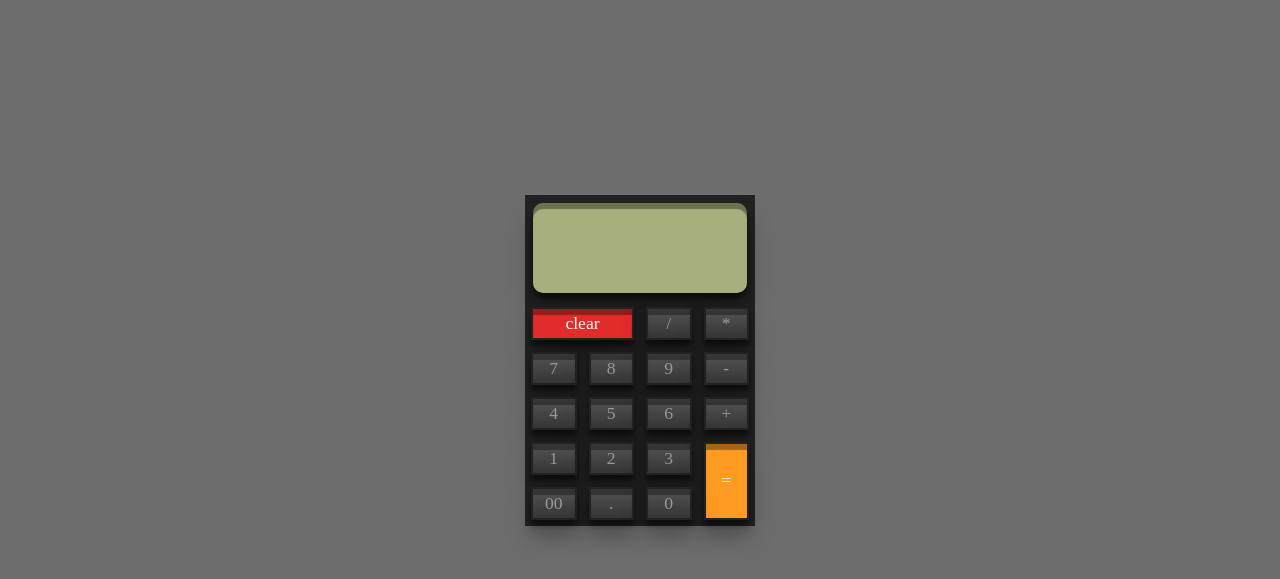
Repository: JunaidAnsari202/calculator
Page: index.html
An editor plug-in stored every save of this project. The page is shown before and after the next save, followed by the edit.
The browser window is 1280 px wide. The pictures show the whole page.

Above is the page before, as saved 2023-10-28 15:11:57.

### index.html
<!DOCTYPE html>
<html lang="en">
<head>
    <meta charset="UTF-8">
    <meta name="viewport" content="width=device-width, initial-scale=1.0">
    <title>Document</title>
    <link rel="stylesheet" href="style.css">
</head>
<body>

    <div class="caculator">
        <div class="button">
            <h2 id="value"></h2>
            <!-- <textarea name="" id="value" cols="1" rows="1" readonly></textarea> -->
            <span id="clear">clear</span>
            <span>/</span>
            <span>*</span>
            <span>7</span>
            <span>8</span>
            <span>9</span>
            <span>-</span>
            <span>4</span>
            <span>5</span>
            <span>6</span>
            <span id="plus">+</span>
            <span>1</span>
            <span>2</span>
            <span>3</span>
            <span id="equal">=</span>

            <span>00</span>
            <span>.</span>
            <span>0</span>


            </div>
    </div>
    <script src="script.js"></script>
</body>
</html>

### style.css
*{
    padding: 0;
    margin: 0;
    box-sizing: border-box;
    /* border: 1px red dashed; */
}

body{
    display: flex;
    justify-content: center;
    align-items: center;
    height: 100vh;

    background-color: rgb(109, 109, 109);
    /* background-color: #222; */
}
.calculator{

    position: relative;
    width: 280px;

}

.button{
    position: relative;
    display: grid;
    background-color:#222;
    width: 230px;

}

#value{
    width: 2em; /* Adjust the width as needed */
    height: 1.8em; /* Adjust the height as needed */
    resize: none;

    position: relative;
    margin: 8px;
    grid-column: span 4;
    height: 90px;
    line-height: 10px;
    padding: 0 5px ;
    border-radius: 10px;
    background-color: #a7af7c;
    text-align: right;
    font-size: 1.5rem;
    color: #3a3c2e;
    overflow: hidden;
    box-shadow: inset 0 6px 1px 0 rgba(0,0,0,0.35),
    0 5px 5px rgba(0,0,0,0.5),0 15px 25px rgba(0,0,0,0.35);
    width: calc(100% - 16px);
}


span{
    /* height: 25px; */

    position: relative;
    padding:4px;
    margin: 6px;
    min-width: 30px;
    font-size: 1.1rem;
    display: flex;
    justify-content: center;
    align-items: center;
    color: #999;
    border: 2px solid #222;
    background: linear-gradient(#555353,#363535);
    box-shadow: inset 0 6px 1px 0 rgba(0,0,0,0.35),
    0 5px 5px rgba(0,0,0,0.5),0 15px 25px rgba(0,0,0,0.35);
    user-select: none;
    cursor: pointer;
}

span::before{
    content: "";
    position: absolute;
    border-top: 2px solid #ccc;
    filter: blur(2px);
}

span:active{
    box-shadow: inset 0 6px 1px 0 rgba(0,0,0,0.35),
    0 5px 5px rgba(0,0,0,0.5),0 15px 25px rgba(0,0,0,0.35);

}

#clear{
grid-column: span 2;
background: rgba(247, 45, 45, 0.907);
color: white;
}

#equal{
    grid-row: span 2;
    /* height: 62px; */
    background: rgb(255, 155, 33);
    color: white;
}

### script.js
let buttons=document.querySelector(".button");
let btn=document.querySelectorAll("span");
let value=document.getElementById("value");

for(let i =0;i<btn.length;i++){
    btn[i].addEventListener("click",function(){
        if(this.innerHTML == "="){
            value.innerHTML = eval(value.innerHTML);

        }
        else{
            if(this.innerHTML== "clear"){
                value.innerHTML = " ";
            }else{
                value.innerHTML += this.innerHTML;
            }
        }
    })
}

After the next save:
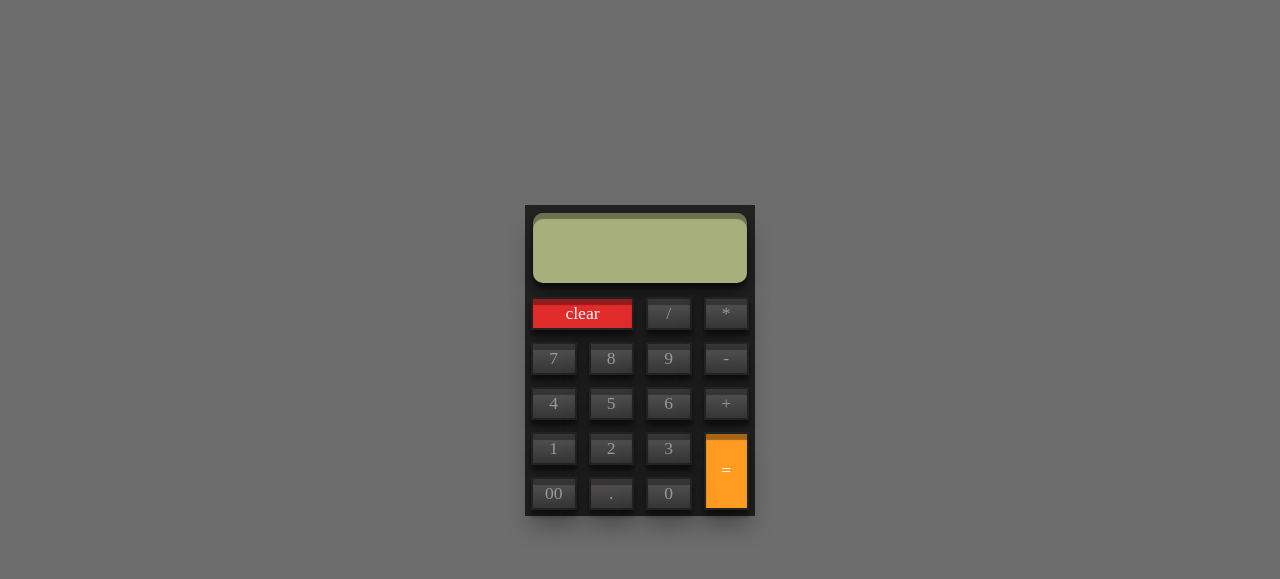
Saved 13 s later.
--- a/style.css
+++ b/style.css
@@ -37,7 +37,7 @@ body{
     position: relative;
     margin: 8px;
     grid-column: span 4;
-    height: 90px;
+    height: 70px;
     line-height: 10px;
     padding: 0 5px ;
     border-radius: 10px;
